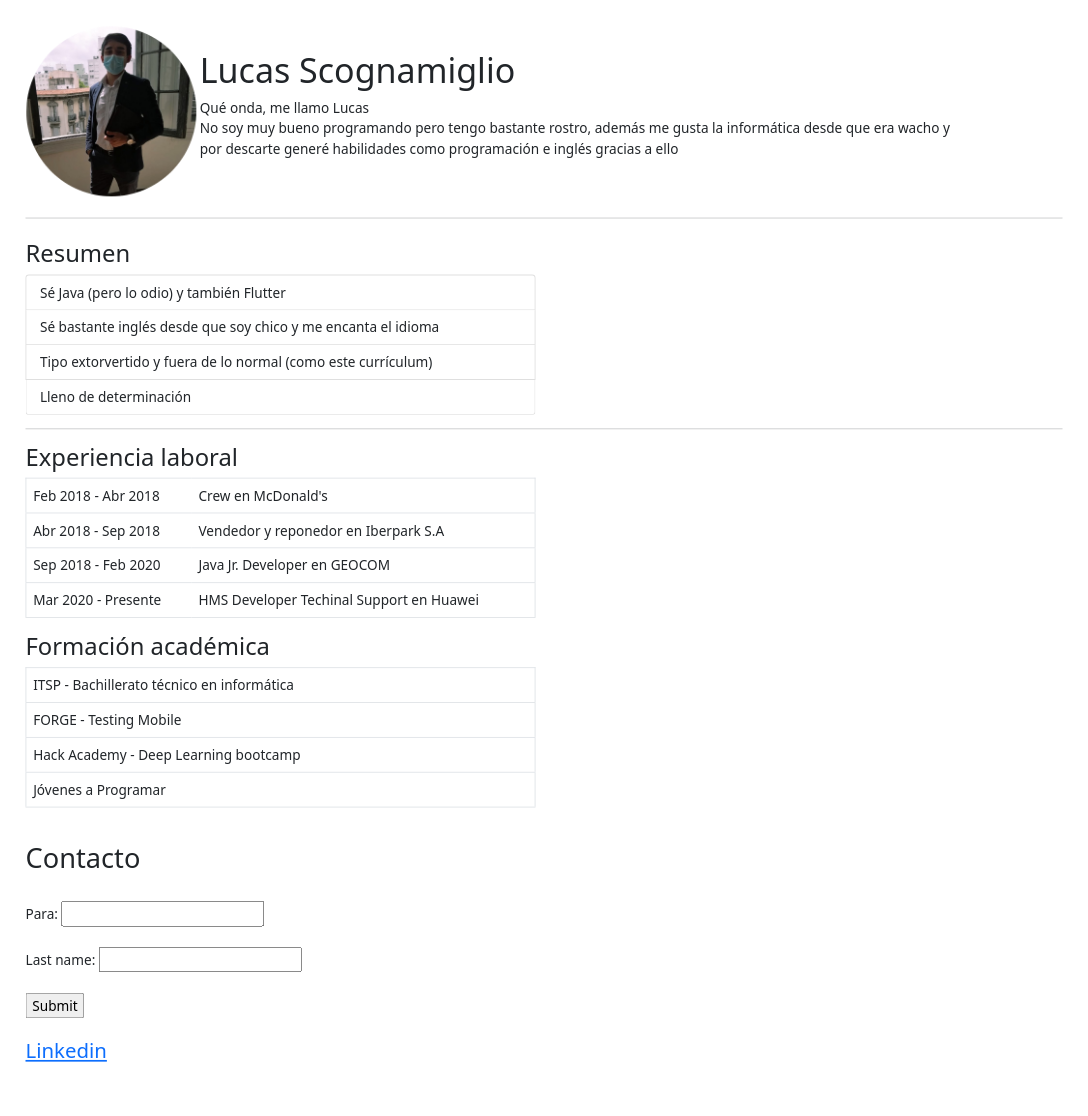
Repository: ScoggoDev/DesarrolloWeb
Page: tarea en equipo 1/cv.html
The author's editor kept a copy of each file at every save. The page is drawn from the files as they stood at one save, then again after a run of saves.
The browser window is 1280 px wide. The pictures show the whole page, at 85% of full size.

Above is the page before, as saved 2021-07-12 09:56:17.

After the next 3 saves:
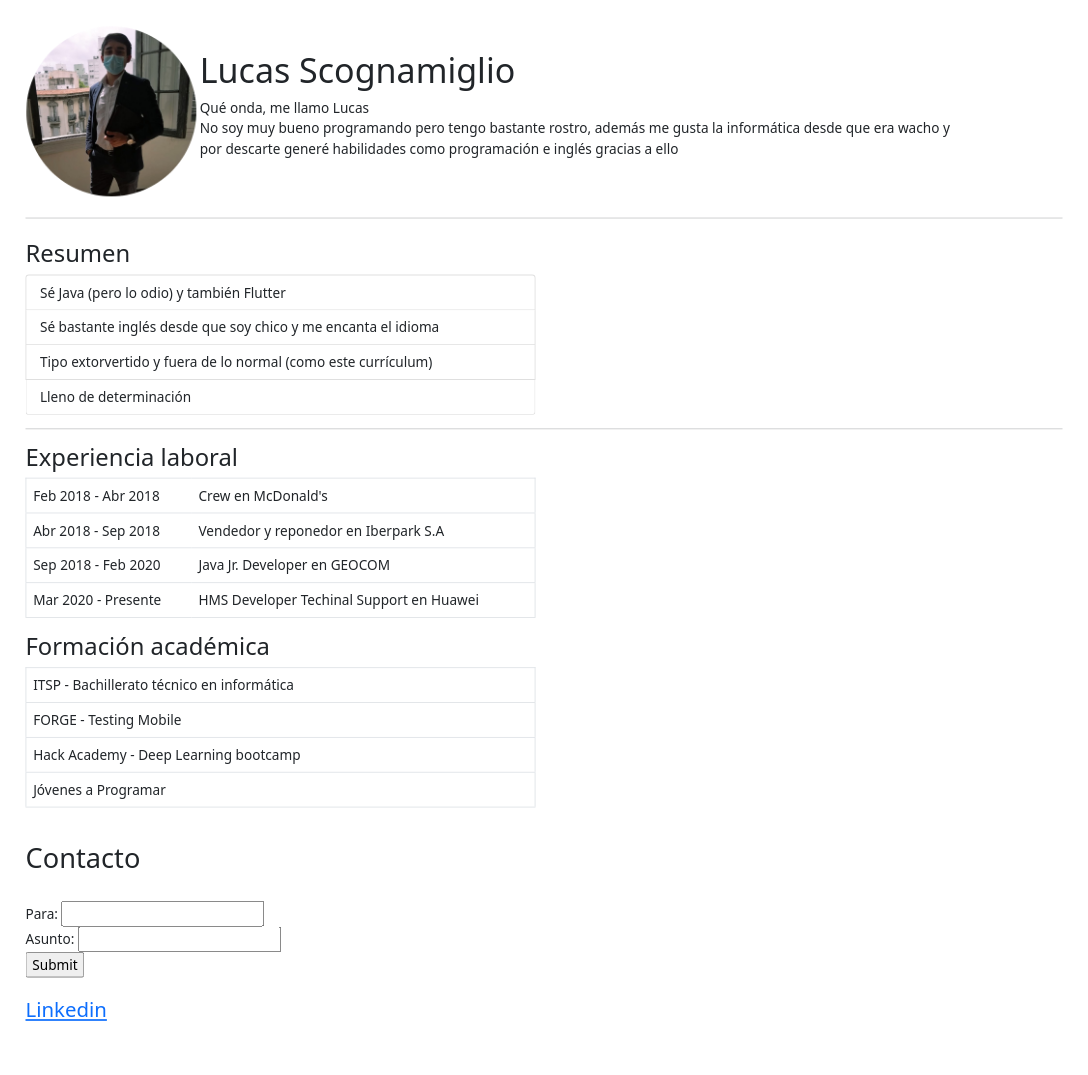
The 3 saves are shown as one change because they came seconds apart.
The last was saved 60 s later.
--- a/tarea en equipo 1/cv.html
+++ b/tarea en equipo 1/cv.html
@@ -66,9 +66,9 @@
     <br>
     <form action="/action_page.php">
       <label for="fname">Para:</label>
-      <input type="text" id="fname" name="fname"><br><br>
-      <label for="lname">Last name:</label>
-      <input type="text" id="lname" name="lname"><br><br>
+      <input type="text" id="fname" name="fname"><br>
+      <label for="lname">Asunto:</label>
+      <input type="text" id="lname" name="lname"><br>
       <input type="submit" value="Submit">
     </form>
     <br>
